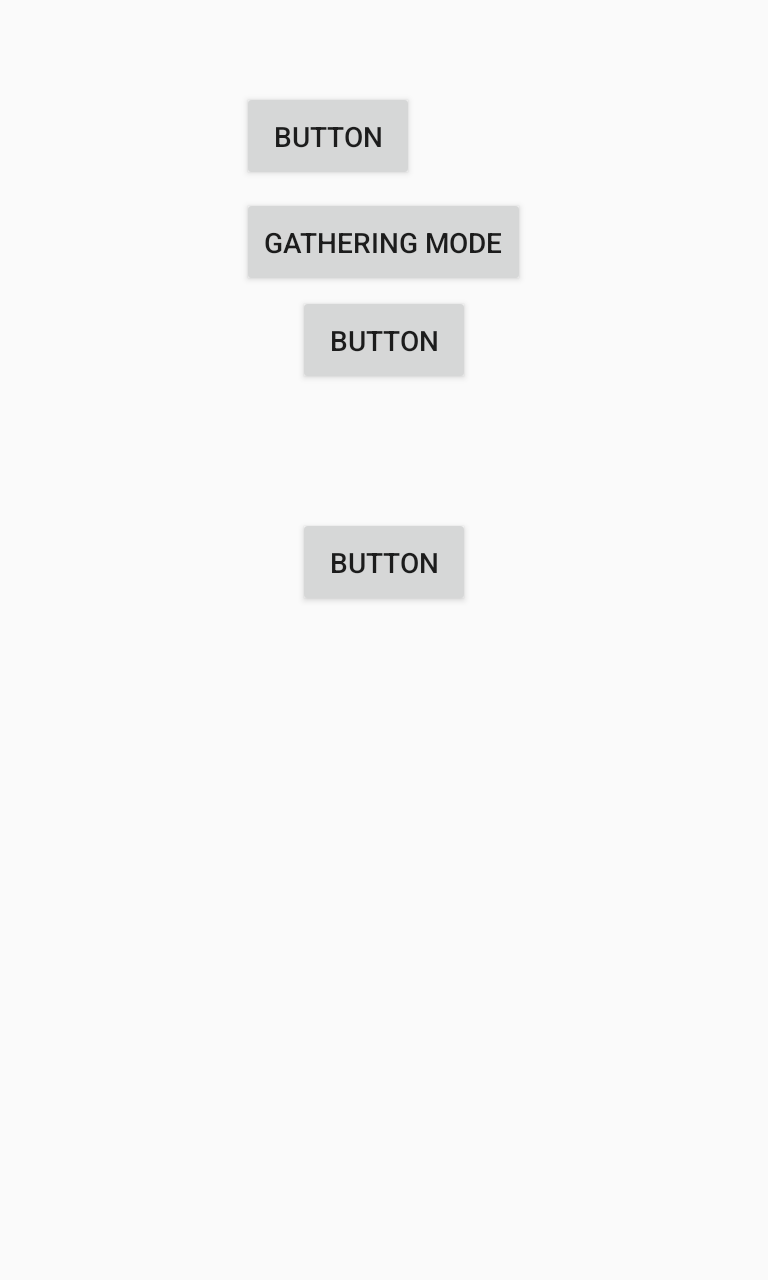
Repository: LogInc/oscar_app
Layout: Android/Oscar/res/layout/activity_modes.xml
These files come from the project's save history. The layout is drawn as it stood at one moment and after the next save; the edit follows.
It is drawn on a 768 x 1280 px phone screen (xhdpi) without system bars, with theme AppTheme; the app's code is not run.

Above is the layout before, as saved 2015-02-19 14:11:06.

### Android/Oscar/res/layout/activity_modes.xml
<RelativeLayout xmlns:android="http://schemas.android.com/apk/res/android"
    xmlns:tools="http://schemas.android.com/tools"
    android:layout_width="match_parent"
    android:layout_height="match_parent"
    tools:context="${relativePackage}.${activityClass}" >

    <Button
        android:id="@+id/gMode"
        android:layout_width="wrap_content"
        android:layout_height="wrap_content"
        android:layout_alignParentTop="true"
        android:layout_centerHorizontal="true"
        android:layout_marginTop="97dp"
        android:text="@string/Gathering" />

    <Button
        android:id="@+id/button2"
        android:layout_width="wrap_content"
        android:layout_height="wrap_content"
        android:layout_alignLeft="@+id/gMode"
        android:layout_below="@+id/button1"
        android:layout_marginTop="44dp"
        android:text="Button" />

    <Button
        android:id="@+id/button3"
        android:layout_width="wrap_content"
        android:layout_height="wrap_content"
        android:layout_below="@+id/button2"
        android:layout_centerHorizontal="true"
        android:layout_marginTop="54dp"
        android:text="Button" />

    <Button
        android:id="@+id/button4"
        android:layout_width="wrap_content"
        android:layout_height="wrap_content"
        android:layout_below="@+id/button3"
        android:layout_centerHorizontal="true"
        android:layout_marginTop="63dp"
        android:text="Button" />

</RelativeLayout>

### Android/Oscar/res/values/strings.xml
<?xml version="1.0" encoding="utf-8"?>
<resources>

    <string name="app_name">Oscar</string>
    <string name="title_activity_login">Login</string>
    <string name="hello_world">Hello world!</string>
    <string name="Password">Password</string>
    <string name="Username">Username</string>
    <string name="SignIn">Sign In</string>
    <string name="title_activity_home">Home</string>
    <string name="Modes">House Modes</string>
    <string name="OscarHouse">Enter Oscar Home</string>
    <string name="title_activity_modes">Modes</string>
    <string name="Gathering">Gathering Mode</string>
    <string name="Power">Power Saving</string>
    <string name="LightsOut">Lights Out</string>
    <string name="Study">Study Mode</string>

</resources>

Loaded but not shown: Android/Oscar/res/values/styles.xml (common file); Android/Oscar/res/values-v11/styles.xml (common file); Android/Oscar/res/values-v14/styles.xml (common file)

After the next save:
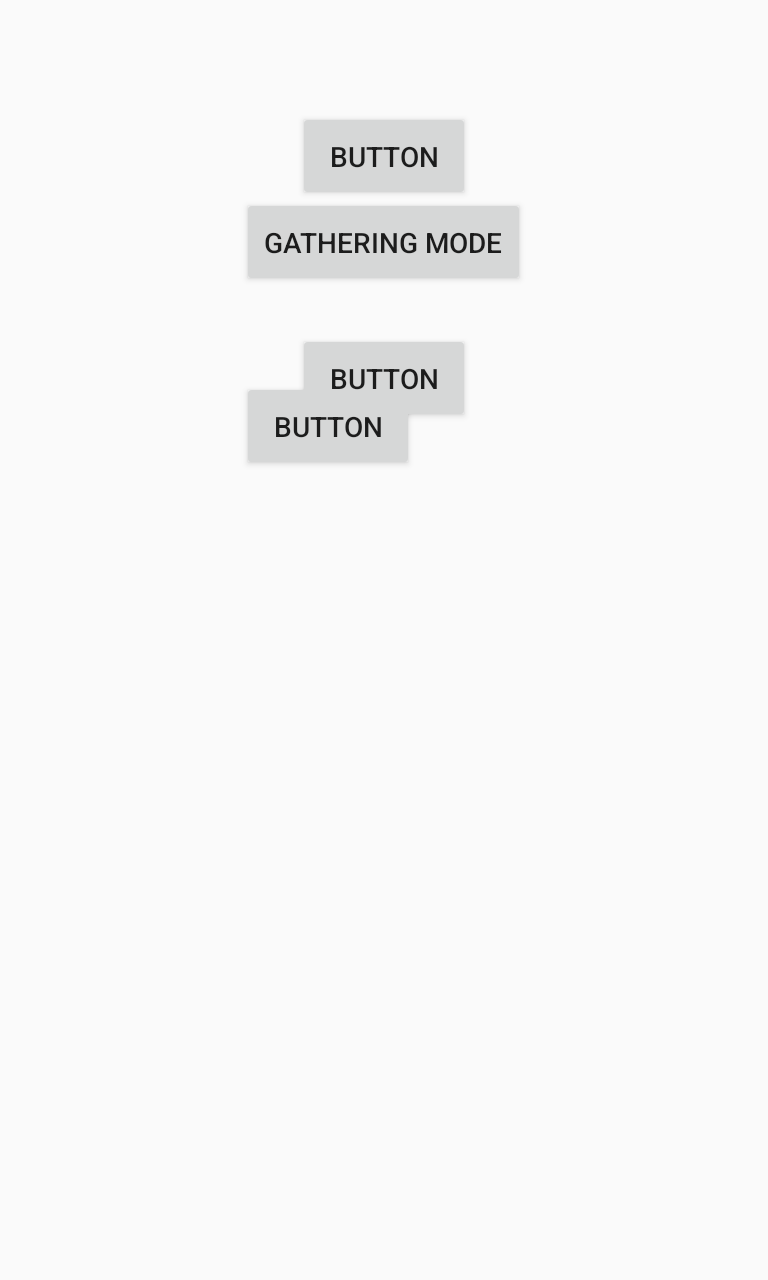
Saved 102 s later.
--- a/Android/Oscar/res/layout/activity_modes.xml
+++ b/Android/Oscar/res/layout/activity_modes.xml
@@ -14,11 +14,11 @@
         android:text="@string/Gathering" />
 
     <Button
-        android:id="@+id/button2"
+        android:id="@+id/powerSavings"
         android:layout_width="wrap_content"
         android:layout_height="wrap_content"
         android:layout_alignLeft="@+id/gMode"
-        android:layout_below="@+id/button1"
+        android:layout_below="@+id/gMode"
         android:layout_marginTop="44dp"
         android:text="Button" />
 
